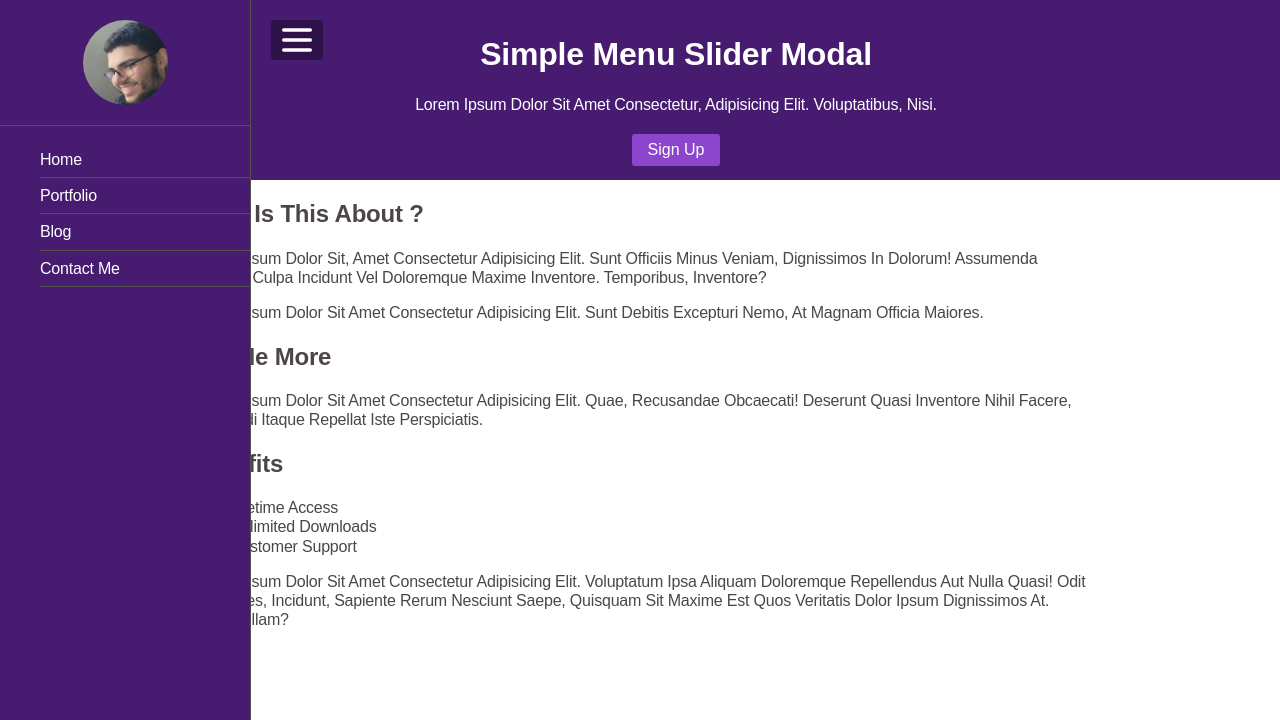
Repository: lilo750/Menu-Slider-modal
Page: index.html
These files come from the project's save history. The page is drawn as it stood at one moment and after the next save; the edit follows.
The browser window is 1280 px wide. The pictures show the whole page.

Above is the page before, as saved 2024-01-17 10:18:14.

### index.html
<!DOCTYPE html>
<html lang="en">
    <head>
        <meta charset="UTF-8" />
        <meta name="viewport" content="width=device-width, initial-scale=1.0" />
        <title>menu-slider-modal</title>
        <script defer src="assets/logic.js"></script>
        <link rel="stylesheet" href="assets/style.css" />
    </head>
    <body>
        <div class="left-menu">
            <aside>
                <div id="profile-img">
                    <img
                        src="assets/visuals/profile-img.jpg"
                        alt="profile image"
                    />
                </div>
                <ul>
                    <li>home</li>
                    <li>portfolio</li>
                    <li>blog</li>
                    <li>contact me</li>
                </ul>
            </aside>

            <button id="burger-btn">
                <img
                    src="assets/visuals/burger-menu-svgrepo-com.svg"
                    alt="burger icon"
                />
            </button>
        </div>
        <div class="container">
            <header>
                <div class="heading">
                    <h1>Simple Menu slider Modal</h1>
                    <p>
                        Lorem ipsum dolor sit amet consectetur, adipisicing
                        elit. Voluptatibus, nisi.
                    </p>
                    <button id="signUp-btn">Sign Up</button>
                </div>
            </header>

            <main>
                <h2>what is this about ?</h2>
                <p>
                    Lorem ipsum dolor sit, amet consectetur adipisicing elit.
                    Sunt officiis minus veniam, dignissimos in dolorum!
                    Assumenda aperiam culpa incidunt vel doloremque maxime
                    inventore. Temporibus, inventore?
                </p>
                <p>
                    Lorem ipsum dolor sit amet consectetur adipisicing elit.
                    Sunt debitis excepturi nemo, at magnam officia maiores.
                </p>
                <h2>tell me more</h2>
                <p>
                    Lorem ipsum dolor sit amet consectetur adipisicing elit.
                    Quae, recusandae obcaecati! Deserunt quasi inventore nihil
                    facere, commodi itaque repellat iste perspiciatis.
                </p>
                <h2>benefits</h2>
                <ul>
                    <li>lifetime access</li>
                    <li>unlimited downloads</li>
                    <li>customer support</li>
                </ul>
                <p>
                    Lorem ipsum dolor sit amet consectetur adipisicing elit.
                    Voluptatum ipsa aliquam doloremque repellendus aut nulla
                    quasi! Odit voluptates, incidunt, sapiente rerum nesciunt
                    saepe, quisquam sit maxime est quos veritatis dolor ipsum
                    dignissimos at. Minus, ullam?
                </p>
            </main>
        </div>
        <!-- ./container -->

        <div class="modal">
            <header>
                <span>Sign Up</span>
                <button id="close-btn">
                    <img
                        src="assets/visuals/close-icon.svg"
                        alt="burger icon"
                    />
                </button>
            </header>
            <form>
                <p>Register with us to get offers. support and more</p>
                <div class="form-control">
                    <label for="name">Name</label>
                    <input id="name" type="text" required />
                </div>
                <div class="form-control">
                    <label for="mail">Email</label>
                    <input id="mail" type="email" required />
                </div>
                <div class="form-control">
                    <label for="pass">Password</label>
                    <input id="pass" type="password" required />
                </div>
                <div class="form-control">
                    <label for="cpass">Confirm Password</label>
                    <input id="cpass" type="password" required />
                </div>

                <button id="submit-btn" type="submit">submit</button>
            </form>
        </div>
    </body>
</html>

### assets/logic.js
const signUpBtn = document.getElementById('signUp-btn');
const closeBtn = document.getElementById('close-btn');
const modal = document.querySelector('.modal');
const container = document.querySelector('.container');

const openModalHandler = (event) => {
    event.stopPropagation(); // Stop the event from propagating to the container
    modal.style.pointerEvents = 'auto';
    modal.style.visibility = 'visible';
    modal.style.opacity = '1';
};

const closeModalHandler = () => {
    modal.style.pointerEvents = 'none';
    modal.style.visibility = 'hidden';
    modal.style.opacity = '0';
};

const modalOverlayHandler = () => {
    if (modal.style.visibility === 'visible') {
        closeModalHandler();
    }
};

container.addEventListener('click', modalOverlayHandler);
signUpBtn.addEventListener('click', openModalHandler);
closeBtn.addEventListener('click', closeModalHandler);

### assets/style.css
html {
    font-family: sans-serif;
    letter-spacing: -0.2px;
    color: #4d4646;
}

body {
    height: 100vh;
    margin: 0;
    padding: 0;
    text-transform: capitalize;
    line-height: 1.2;
}

.left-menu {
    position: absolute;
    display: flex;

    & aside {
        height: 100vh;
        background-color: rgb(71, 27, 111);
        width: 250px;
        border-right: 1px solid #535151;

        #profile-img {
            display: flex;
            align-items: center;
            justify-content: center;
            padding-block: 20px;
            border-bottom: 1px solid #535151;

            & img {
                width: 85px;
                height: 85px;
                border-radius: 50%;
            }
        }

        & ul {
            list-style: none;
            display: flex;
            flex-direction: column;

            & li {
                color: #fff;
                font-weight: 500;
                border-bottom: 1px solid #535151;
                padding-block: 8px;
            }
        }
    }

    #burger-btn {
        display: flex;
        align-items: center;
        justify-content: center;
        height: 40px;
        background-color: rgb(46, 17, 72);
        border: none;
        cursor: pointer;
        position: relative;
        left: 20px;
        top: 20px;
        border-radius: 4px;
    }
}

.container {
    display: flex;
    flex-direction: column;

    & header {
        background-color: rgb(71, 27, 111);
        color: #fff;
        text-align: center;
        padding: 14px 8px;
        padding-left: 80px;

        #signUp-btn {
            background-color: rgb(140, 70, 206);
            color: inherit;
            border: 0;
            outline: 2px;
            padding: 7px 16px;
            border-radius: 3px;
            cursor: pointer;
            font-size: 16px;
        }

        & p {
            margin-bottom: 20px;
        }
    }

    & main {
        max-width: 900px;
        align-self: center;
        padding-inline: 20px;
    }
}

.modal {
    visibility: hidden;
    pointer-events: none;
    width: 370px;
    background-color: #fff;
    border-radius: 3px;
    box-shadow: 1px 3px 17px 8px #bab4b4;
    position: absolute;
    left: 50%;
    top: 41%;
    transform: translate(-50%, -50%);
    transition: opacity 0.3s ease-in-out;

    & header {
        background-color: rgb(94, 36, 147);
        display: flex;
        justify-content: space-between;
        align-items: center;
        padding: 8px;
        margin-bottom: 32px;

        & span {
            color: #fff;
            font-weight: 600;
            font-size: 16px;
        }

        #close-btn {
            background-color: transparent;
            border: none;
            cursor: pointer;
            color: #fff;
        }
    }

    & form {
        padding-bottom: 18px;

        & p {
            font-size: 15px;
            font-weight: 600;
        }

        padding-inline: 18px;

        .form-control {
            display: flex;
            flex-direction: column;
            row-gap: 8px;
            margin-bottom: 12px;

            & input {
                padding: 8px;
                border: 1px solid #bab4b4;
                outline: none;
            }
        }

        #submit-btn {
            background-color: rgb(140, 70, 206);
            color: #fff;
            border: 0;
            outline: 2px;
            padding: 7px 16px;
            border-radius: 4px;
            cursor: pointer;
            font-size: 16px;
        }
    }
}

### assets/visuals/burger-menu-svgrepo-com.svg
<?xml version="1.0" encoding="utf-8"?><!-- Uploaded to: SVG Repo, www.svgrepo.com, Generator: SVG Repo Mixer Tools -->
<svg width="40px" height="40px" viewBox="0 0 24 24" fill="none" xmlns="http://www.w3.org/2000/svg">
<path d="M4 18L20 18" stroke="#ffff" stroke-width="2" stroke-linecap="round"/>
<path d="M4 12L20 12" stroke="#ffff" stroke-width="2" stroke-linecap="round"/>
<path d="M4 6L20 6" stroke="#ffff" stroke-width="2" stroke-linecap="round"/>
</svg>

### assets/visuals/close-icon.svg
<?xml version="1.0"?><svg xmlns="http://www.w3.org/2000/svg" viewBox="0 0 30 30" width="22px" height="22px">    <path d="M 7 4 C 6.744125 4 6.4879687 4.0974687 6.2929688 4.2929688 L 4.2929688 6.2929688 C 3.9019687 6.6839688 3.9019687 7.3170313 4.2929688 7.7070312 L 11.585938 15 L 4.2929688 22.292969 C 3.9019687 22.683969 3.9019687 23.317031 4.2929688 23.707031 L 6.2929688 25.707031 C 6.6839688 26.098031 7.3170313 26.098031 7.7070312 25.707031 L 15 18.414062 L 22.292969 25.707031 C 22.682969 26.098031 23.317031 26.098031 23.707031 25.707031 L 25.707031 23.707031 C 26.098031 23.316031 26.098031 22.682969 25.707031 22.292969 L 18.414062 15 L 25.707031 7.7070312 C 26.098031 7.3170312 26.098031 6.6829688 25.707031 6.2929688 L 23.707031 4.2929688 C 23.316031 3.9019687 22.682969 3.9019687 22.292969 4.2929688 L 15 11.585938 L 7.7070312 4.2929688 C 7.5115312 4.0974687 7.255875 4 7 4 z"/></svg>

After the next save:
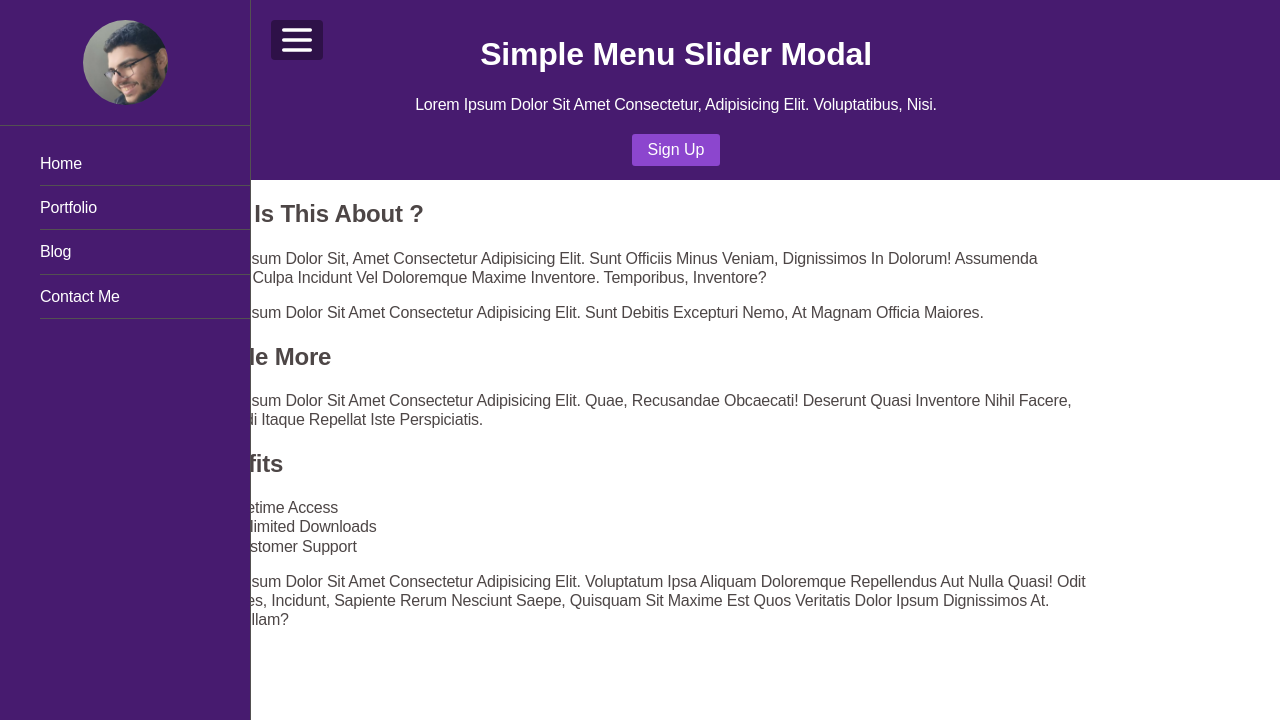
Saved 28 s later.
--- a/assets/style.css
+++ b/assets/style.css
@@ -45,7 +45,7 @@ body {
                 color: #fff;
                 font-weight: 500;
                 border-bottom: 1px solid #535151;
-                padding-block: 8px;
+                padding-block: 12px;
             }
         }
     }
